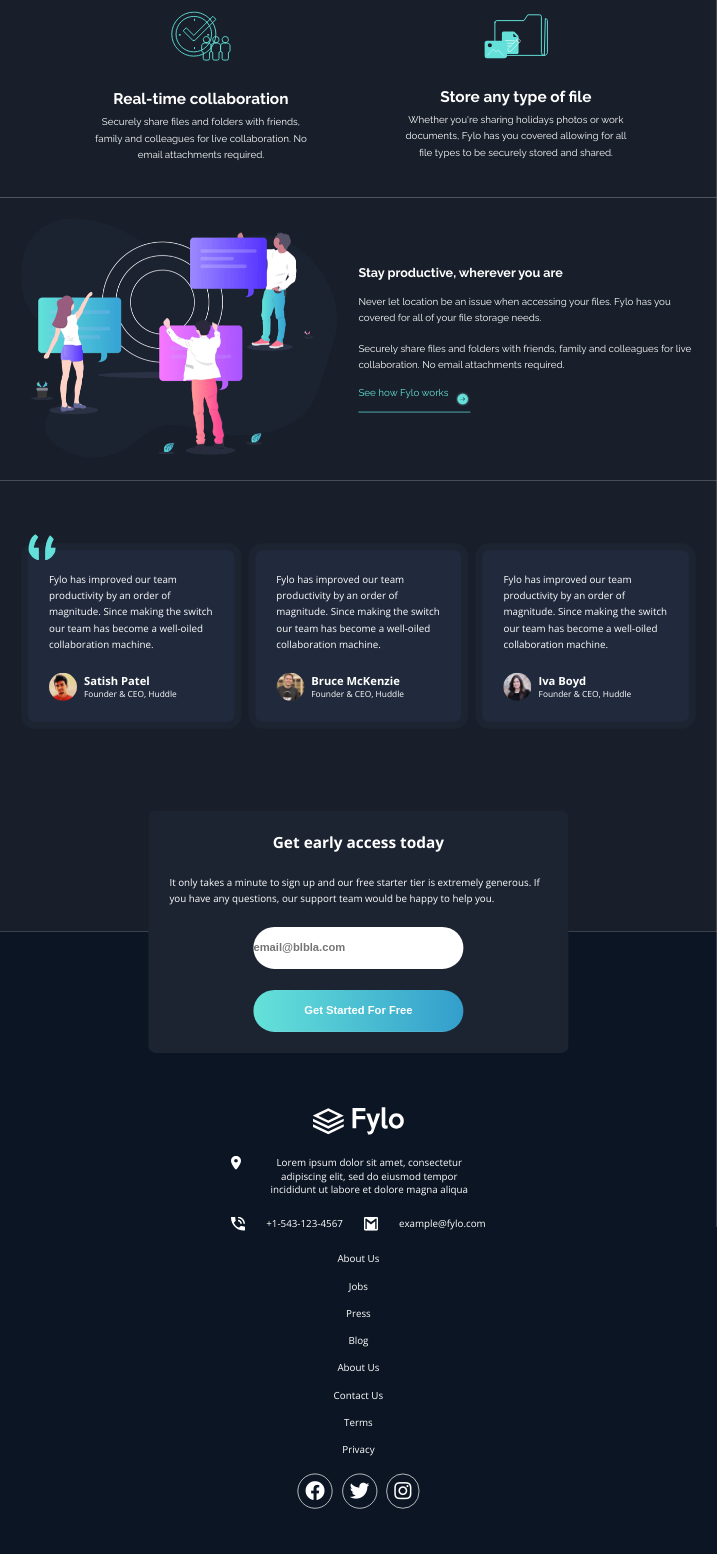
Repository: tomas938/fylo-dark-theme-landing-page-master
Page: index.html
The author's editor kept a copy of each file at every save. The page is drawn from the files as they stood at one save, then again after the next save.
The browser window is 1024 px wide. The pictures show the part of the page from y = 1153 to 3393 px (the page is 3373 px tall before and 3393 px after), at 70% of full size.
Some web libraries are served in a nearby version. The style sheet was rebuilt from its Sass, Less or Tailwind sources for each picture, by a compiler version that may differ from the author's.

Above is the page before, as saved 2021-08-05 20:00:49.

### index.html
<!DOCTYPE html>
<html lang="en">
	<head>
		<meta charset="UTF-8" />
		<meta name="viewport" content="width=device-width, initial-scale=1.0" />
		<link
			rel="icon"
			type="image/png"
			sizes="32x32"
			href="./images/favicon-32x32.png"
		/>
		<title>
			Frontend Mentor | Fylo landing page with dark theme and features grid
		</title>
		<link rel="stylesheet" href="https://pro.fontawesome.com/releases/v5.10.0/css/all.css" integrity="sha384-AYmEC3Yw5cVb3ZcuHtOA93w35dYTsvhLPVnYs9eStHfGJvOvKxVfELGroGkvsg+p" crossorigin="anonymous"/>
		<link rel="stylesheet" href="/scss/main.css" />
	</head>
	<body>
		<section class="intro">
			<nav class="intro__navigation">
				<img src="/images/logo.svg" alt="" />
				<ul class="intro__navigation__links">
					<li><a href="#">Features</a></li>
					<li><a href="#">Team</a></li>
					<li><a href="#">Sign In</a></li>
				</ul>
			</nav>
			<div class="intro__description">
				<img class="bg-image" src="/images/illustration-intro.png" alt="" />
				<h1>All your files in one secure location, accessible anywhere.</h1>
				<p>
					Fylo stores all your most important files in one secure location.
					Access them wherever you need, share and collaborate with friends
					family, and co-workers.
				</p>
				<button class="blue-rounded">Get Started</button>
			</div>
		</section>
		<section class="about">
			<div class="about__item">
				<img src="/images/icon-access-anywhere.svg" class="icon"></img>
				<h3>Access your files, anywhere</h3>
				<p>
					The ability to use a smartphone, tablet, or computer to access your
					account means your files follow you everywhere.
				</p>
			</div>
			<div class="about__item">
				<img src="/images/icon-security.svg" class="icon"></img>
				<h3>Security you can trust</h3>
				<p>
					2-factor authentication and user-controlled encryption are just a
					couple of the security features we allow to help secure your files.
				</p>
			</div>
			<div class="about__item">
				<img src="/images/icon-collaboration.svg" class="icon"></img>
				<h3>Real-time collaboration</h3>
				<p>
					Securely share files and folders with friends, family and colleagues
					for live collaboration. No email attachments required.
				</p>
			</div>
			<div class="about__item">
				<img src="/images/icon-any-file.svg" class="icon"></img>
				<h3>Store any type of file</h3>
				<p>
					Whether you're sharing holidays photos or work documents, Fylo has you
					covered allowing for all file types to be securely stored and shared.
				</p>
			</div>
		</section>
    <section class="informations">
      <div class="informations__image">
        <img src="/images/illustration-stay-productive.png" alt="">
      </div>
      <div class="informations__content">
        <h4>Stay productive, wherever you are</h4>
        <p> Never let location be an issue when
		accessing your files. Fylo has you covered for all of your file storage
		needs.</p>
        <p> Securely share files and folders with friends, family and colleagues
		for live collaboration. No email attachments required.</p>
        <div class="link">
          <a href="#"> See how Fylo works</a>
          <img src="/images/icon-arrow.svg" alt="">
        </div>
      </div>
    </section>
    <section class="testimonials">
      <div class="testimonials__item">
        <img class="quotes" src="/images/bg-quotes.png" alt="">
        <p>	Fylo has improved our team productivity by an order of magnitude. Since
		making the switch our team has become a well-oiled collaboration machine.</p>
      <div class="person">
        <img src="/images/profile-1.jpg" alt="">
        <div class="person__information">
          <h4>	Satish Patel </h4>
          <h5> Founder & CEO, Huddle</h5>
        </div>
      </div>
      </div>
      <div class="testimonials__item">
        <p>	Fylo has improved our team productivity
		by an order of magnitude. Since making the switch our team has become a
		well-oiled collaboration machine.</p>
      <div class="person">
        <img src="/images/profile-2.jpg" alt="">
        <div class="person__information">
          <h4>Bruce McKenzie </h4>
          <h5> Founder & CEO, Huddle</h5>
        </div>
      </div>
      </div>
      <div class="testimonials__item">
        <p>	Fylo has improved our team productivity
		by an order of magnitude. Since making the switch our team has become a
		well-oiled collaboration machine.</p>
      <div class="person">
        <img src="/images/profile-3.jpg" alt="">
        <div class="person__information">
          <h4>	Iva Boyd </h4>
          <h5> Founder & CEO, Huddle</h5>
        </div>
      </div>
      </div>
    </section >
	<section class="contact">
		<div class="contact__item">
			<h3>Get early access today</h3>
			<p>	 It only takes a minute to sign
		  up and our free starter tier is extremely generous. If you have any
		  questions, our support team would be happy to help you.</p>
		  <input type="text" placeholder="email@blbla.com">
		  <button class="blue-rounded ">Get Started For Free</button>
		</div>
	</section>
	<!-- <footer class="footer">
		<div class="footer__wrapper">
			<div class="desk">
				<img class="logo" src="/images/logo.svg" alt="">
				<div  class="footer__wrapper__information">
					<div class="left">

						<div class="footer__wrapper__information__item">
							<img  src="/images/icon-location.svg" alt="">
							<p>Lorem ipsum dolor sit amet, consectetur adipiscing elit, sed do eiusmod
					tempor incididunt ut labore et dolore magna aliqua</p>
						</div>
					</div>
					<div class="right">

						<div class="footer__wrapper__information__item">
							<img src="/images/icon-phone.svg" alt="">
							<p> +1-543-123-4567</p>
						</div>
						<div class="footer__wrapper__information__item">
							<img  src="/images/icon-email.svg" alt="">
							<p>example@fylo.com</p>
						</div>
					</div>
					<div class="left-link">

						<div class="links-up">
							<a href="#">About Us</a>
							<a href="#">Jobs</a>
							<a href="#">Press</a>
							<a href="#"> Blog</a>
						</div>
					</div>
					<div class="right-link">

						<div class="links-down">
							<a href="#"> Contact Us</a>
							<a href="#">Terms</a>
							<a href="#"> Privacy</a>
						</div>
					</div>
					<div class="icons">
						<a href="#" ><i class="fab fa-facebook fa-2x"></i></a>
						<a href="#"><i class="fab fa-twitter fa-2x"></i></a>
						<a href="#">  <i class="fab fa-instagram fa-2x"></i>
						</a>
					</div>
				</div>
			</div>
		</div>
	</footer> -->
	<section>

	<footer class="wrapper">
		<img class="logo" src="/images/logo.svg" alt="">
		<div class="footer__content">
			<div class="location">
				<img  src="/images/icon-location.svg" alt="">
							<p>Lorem ipsum dolor sit amet, consectetur adipiscing elit, sed do eiusmod
					tempor incididunt ut labore et dolore magna aliqua</p>
			</div>
			<div class="phone-email">
				<div class="phone"><img src="/images/icon-phone.svg" alt="">
							<p> +1-543-123-4567</p></div>
				<div class="email"><img  src="/images/icon-email.svg" alt="">
							<p>example@fylo.com</p></div>
			</div>
			<div class="right-links">
					<a href="#">About Us</a>
							<a href="#">Jobs</a>
							<a href="#">Press</a>
							<a href="#"> Blog</a>
			</div>
			<div class="left-links">
					<a href="#">About Us</a>
					<a href="#"> Contact Us</a>
					<a href="#">Terms</a>
					<a href="#"> Privacy</a>
			</div>
			<div class="icons">
						<a href="#" ><i class="fab fa-facebook fa-2x"></i></a>
						<a href="#"><i class="fab fa-twitter fa-2x"></i></a>
						<a href="#">  <i class="fab fa-instagram fa-2x"></i>
						</a>
			</div>
		</div>
	</footer>

	</section>

	</body>
</html>

### scss/main.scss
@import "./_partials/variables";
@import "./_partials/_reset";
@import "./_partials/_intro";
@import "./_partials/_about";
@import "./_partials/_informations";
@import "./_partials/_testimonials";
@import "./_partials/_contact";
@import "./_partials/_footer";

### scss/_partials/_variables.scss
// COLORS //

// ### Primary //

$intro-bg: hsl(217, 28%, 15%); // intro email sign up
$main-bg: hsl(218, 28%, 13%);
$footer-bg: hsl(216, 53%, 9%);
$testimonials-bg: hsl(219, 30%, 18%);

// ### Accent //

$cayn: hsl(176, 68%, 64%); //(inside call-to-action gradient)//
$blue: hsl(198, 60%, 50%); //(inside call-to-action gradient)//
$error: hsl(0, 100%, 63%);

// ### Neutral //

$white: hsl(0, 0%, 100%);

// FONTS //

// ### Headings, Call-to-actions, Header Navigation //

@import url("https://fonts.googleapis.com/css2?family=Raleway:wght@400;700&display=swap");

$heading-font: "Raleway", sans-serif;
$heading-light: 400;
$heading-bold: 700;

// ### Body //

@import url("https://fonts.googleapis.com/css2?family=Open+Sans:wght@400;700&family=Raleway:wght@400;700&display=swap");

$body-font: "Open Sans", sans-serif;
$body-light: 400;
$body-bold: 700;

// Button
.blue-rounded {
	max-width: 30rem;
	font-size: 1.6rem;
	font-weight: $heading-bold;
	border: none;
	outline: none;
	color: $white;
	background-image: linear-gradient(to right, $cayn, $blue);
	border-radius: 3rem;
	height: 6rem;
	width: 100%;
}

### scss/_partials/_reset.scss
* {
	margin: 0;
	padding: 0;
	box-sizing: border-box;
}
body {
	color: $white;
	font-family: $body-font;
}
html {
	font-size: 62.5%;
	@media only screen and (min-width: 1600px) {
		font-size: 93.5%;
	}
	// @media only screen and (min-width: 1400px) {
	// 	font-size: 83.5%;
	// }
	@media only screen and (max-width: 800px) {
		font-size: 83.5%;
	}
	@media only screen and (max-width: 600px) {
		font-size: 63.5%;
	}
	@media only screen and (max-width: 340px) {
		font-size: 53.5%;
	}
}
a {
	text-decoration: none;
}
li {
	list-style: none;
}

### scss/_partials/_intro.scss
.intro {
	background-color: $intro-bg;
	font-family: $heading-font;
	background-image: url(/images/bg-curvy-mobile.svg);
	background-repeat: no-repeat;
	background-position: bottom;
	background-size: 150% 50%;

	&__navigation {
		padding: 3rem 2rem;
		display: flex;
		justify-content: space-between;
		@media only screen and (min-width: 800px) {
			padding: 3rem 8rem;
		}
	}
	img {
		width: 10rem;
		height: 2.95rem;
	}

	&__navigation__links {
		display: flex;
		align-items: center;
	}
	li:not(:last-child) {
		margin-right: 2.2rem;
	}
	a {
		color: $white;
		font-weight: $heading-light;
		font-size: 1.4rem;
	}
	&__description {
		max-width: 60rem;
		padding: 3rem;
		margin: auto;
		display: flex;
		flex-direction: column;
		align-items: center;
		grid-gap: 2rem;
	}
	.bg-image {
		width: 100%;
		height: 100%;
	}
	h1 {
		font-size: 2.5rem;
		text-align: center;
		line-height: 3.5rem;
	}
	p {
		font-size: 1.4rem;
		line-height: 2.3rem;
		text-align: center;
	}
}

### scss/_partials/_about.scss
.about {
	display: grid;
	grid-template-columns: 1fr;
	@media only screen and (min-width: 800px) {
		grid-template-columns: 35rem 35rem;
		grid-gap: 10rem;
		justify-content: center;
	}
	justify-items: center;
	grid-gap: 5rem;
	background-color: $main-bg;
	font-family: $heading-font;
	padding: 5rem 0;
	&__item {
		max-width: 35rem;

		display: flex;
		flex-direction: column;
		align-items: center;
		justify-content: center;
		padding: 0 1.5rem;
		grid-gap: 1rem;
	}
	.icon {
		margin-bottom: 3rem;
	}
	h3 {
		font-size: 2.2rem;
	}
	p {
		font-size: 1.4rem;
		line-height: 2.3rem;
	}
	h3,
	p {
		text-align: center;
	}
}

### scss/_partials/_informations.scss
.informations {
	display: flex;
	flex-direction: column;
	@media only screen and (min-width: 800px) {
		flex-direction: row;
		justify-content: space-around;
	}
	justify-content: center;
	align-items: center;
	grid-gap: 3rem;
	font-family: $heading-font;
	background-color: $main-bg;
	padding: 3rem;
	&__image {
		img {
			width: 100%;
		}
	}
	&__content {
		max-width: 60rem;
		@media only screen and (min-width: 800px) {
			max-width: 50%;
		}
		display: flex;
		flex-direction: column;
		grid-gap: 2rem;
	}
	h3 {
		text-align: center;
	}

	h4 {
		font-size: 1.8rem;
	}
	p {
		font-size: 1.4rem;
		line-height: 2.3rem;
		text-align: left;
	}
	.link {
		display: flex;
		align-items: center;
		justify-content: flex-start;
		border-bottom: 1px solid $cayn;
		width: 16rem;
		a {
			font-size: 1.4rem;
			color: $cayn;
		}
		img {
			margin-left: 1rem;
			height: 2rem;
		}
	}
}

### scss/_partials/_testimonials.scss
.testimonials {
	background-color: $main-bg;
	display: flex;
	flex-direction: column;
	@media only screen and (min-width: 800px) {
		flex-direction: row;
		grid-gap: 3rem;
	}
	align-items: center;
	grid-gap: 5rem;
	padding: 10rem 4rem 30rem 4rem;
	position: relative;
	&__item {
		max-width: 60rem;
		background-color: $testimonials-bg;
		border-radius: 1rem;
		box-shadow: 0px 0px 0px 10px $intro-bg;
		padding: 3rem;
		display: flex;
		flex-direction: column;
		grid-gap: 3rem;
		position: relative;
		.quotes {
			position: absolute;
			top: -2.5rem;
			left: 0;
		}
	}
	.person {
		display: flex;
		align-items: center;
		grid-gap: 1rem;
	}
	img {
		border-radius: 50%;
		width: 4rem;
		height: 4rem;
	}
	p {
		font-size: 1.4rem;
		line-height: 2.3rem;
	}
	h4 {
		font-size: 1.6rem;
	}
	h5 {
		font-size: 1.2rem;
		font-weight: $heading-light;
	}
}

### scss/_partials/_contact.scss
.contact {
	display: flex;
	justify-content: center;
	position: relative;
	.contact__item {
		position: absolute;
		width: 90%;
		transform: translateY(-50%);
		z-index: 1;
		background-color: $intro-bg;
		padding: 3rem;
		border-radius: 1rem;
		max-width: 60rem;
		display: flex;
		flex-direction: column;
		align-items: center;
		grid-gap: 3rem;
	}
	h3 {
		font-size: 2.2rem;
	}
	p {
		font-size: 1.4rem;
		line-height: 2.3rem;
	}
	input {
		max-width: 30rem;
		font-size: 1.6rem;
		font-weight: $heading-bold;
		border: none;
		outline: none;
		color: $white;
		border-radius: 3rem;
		height: 6rem;
		width: 100%;
	}
}

### scss/_partials/_footer.scss
// .footer {
// 	display: flex;
// 	justify-content: center;
// 	@media only screen and (min-width: 1000px) {
// 		display: block;
// 	}
// 	width: 100%;
// 	background-color: $footer-bg;
// 	color: $white;
// 	.footer__wrapper {
// 		max-width: 60rem;
// 		display: flex;
// 		flex-direction: column;
// 		@media only screen and (min-width: 1000px) {
// 			width: 100%;
// 			flex-direction: row;
// 		}
// 		grid-gap: 3rem;
// 		padding: 30rem 3rem 3rem 3rem;
// 		font-size: 1.6rem;
// 		&__information {
// 			display: flex;
// 			flex-direction: column;
// 			@media only screen and (min-width: 1000px) {
// 				flex-direction: row;
// 				justify-content: space-between;
// 			}
// 			grid-gap: 3rem;
// 		}
// 		&__information__item {
// 			display: flex;
// 			grid-gap: 3rem;
// 		}
// 		.logo {
// 			width: 16rem;
// 			height: 5rem;
// 			margin-bottom: 3rem;
// 		}
// 		.links-up,
// 		.links-down {
// 			display: flex;
// 			flex-direction: column;
// 			grid-gap: 2rem;
// 		}
// 		.links-up {
// 			padding-top: 5rem;
// 			@media only screen and (min-width: 1000px) {
// 				padding-top: 0rem;
// 			}
// 		}
// 		.links-down {
// 			padding-bottom: 5rem;
// 		}
// 		.icons {
// 			display: flex;
// 			justify-content: center;
// 		}

// 		i {
// 			border: 1px solid $white;
// 			border-radius: 50px;
// 			margin: 0.5rem;
// 			padding: 1rem;
// 		}
// 		img {
// 			width: 2rem;
// 			height: 2rem;
// 		}
// 		a {
// 			color: $white;
// 		}
// 	}
// }
// .desk {
// 	display: flex;
// 	flex-direction: column;
// 	justify-content: space-between;
// 	align-items: space-between;
// }
// .right {
// 	display: flex;
// 	grid-gap: 3rem;
// 	flex-direction: column;
// }
.wrapper {
	background-color: $footer-bg;
	width: 100%;
}
footer {
	font-size: 1.4rem;
	padding: 25rem 6rem 6rem 6rem;
	display: flex;
	flex-direction: column;
	@media only screen and (max-width: 1100px) {
		align-items: center;
	}
	.footer__content {
		display: flex;
		justify-content: space-between;
		@media only screen and (max-width: 1100px) {
			flex-direction: column !important;
			text-align: center;
		}
	}
	.right-links,
	.left-links {
		display: flex;
		flex-direction: column;
	}
}
.logo {
	width: 13rem;
	height: 4rem;
	margin-bottom: 3rem;
}
.location,
.phone,
.email {
	display: flex;

	grid-gap: 3rem;
	img {
		width: 2rem;
		height: 2rem;
	}
}
.phone-email {
	display: flex;
	flex-direction: column;
	@media only screen and (max-width: 1100px) {
		flex-direction: row;
		margin-bottom: 3rem;
	}
	grid-gap: 3rem;
}
.location {
	width: 35rem;
	margin-bottom: 3rem;
}
a {
	color: $white;
	margin-bottom: 2rem;
}
i {
	border: 1px solid $white;
	border-radius: 50px;
	margin: 0.5rem;
	padding: 1rem;
}

After the next save:
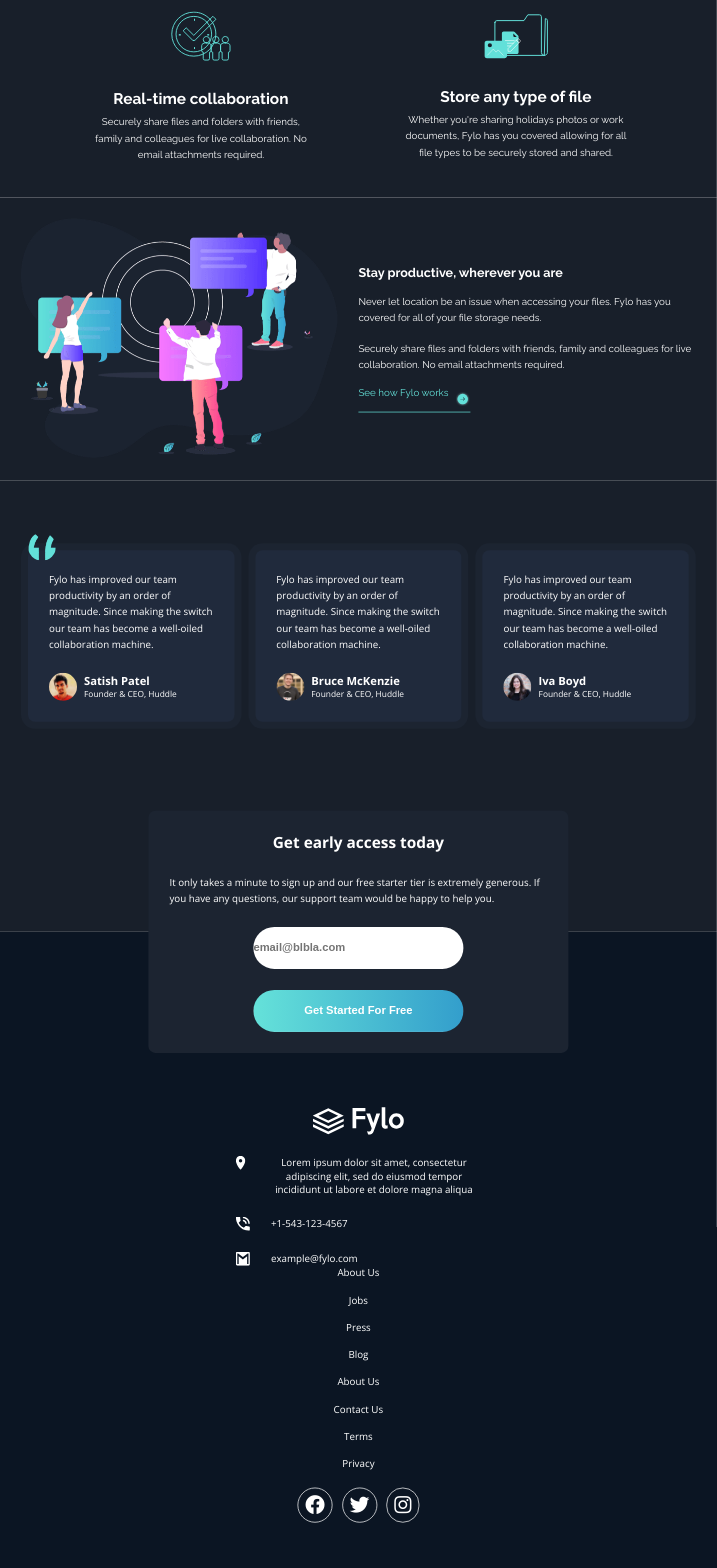
Saved 46 s later.
--- a/scss/_partials/_footer.scss
+++ b/scss/_partials/_footer.scss
@@ -127,10 +127,7 @@ footer {
 .phone-email {
 	display: flex;
 	flex-direction: column;
-	@media only screen and (max-width: 1100px) {
-		flex-direction: row;
-		margin-bottom: 3rem;
-	}
+
 	grid-gap: 3rem;
 }
 .location {
